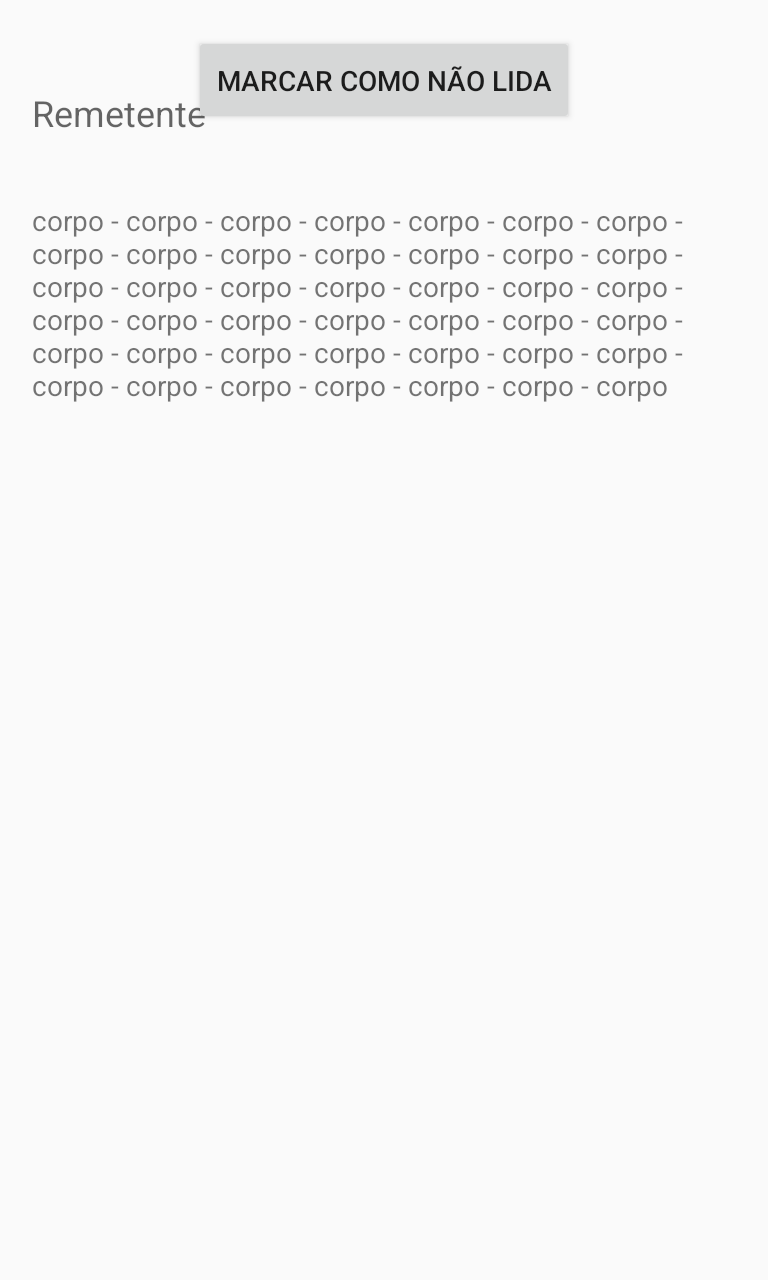
Repository: italogmm/gitMobile
Layout: notificacoesUfg/res/layout/fragment_consulta_notificacao.xml
These files come from the project's save history. The layout is drawn as it stood at one moment and after the next save; the edit follows.
It is drawn on a 768 x 1280 px phone screen (xhdpi) without system bars, with theme AppTheme; the app's code is not run.

Above is the layout before, as saved 2014-06-20 18:24:02.

### notificacoesUfg/res/layout/fragment_consulta_notificacao.xml
<RelativeLayout xmlns:android="http://schemas.android.com/apk/res/android"
    xmlns:tools="http://schemas.android.com/tools"
    android:layout_width="match_parent"
    android:layout_height="match_parent"
    android:paddingBottom="@dimen/activity_vertical_margin"
    android:paddingLeft="@dimen/activity_horizontal_margin"
    android:paddingRight="@dimen/activity_horizontal_margin"
    android:paddingTop="@dimen/activity_vertical_margin"
    tools:context="com.ufg.notificacoes.ConsultaNotificacao$PlaceholderFragment" >

    <TextView
        android:id="@+id/remetente"
        android:layout_width="wrap_content"
        android:layout_height="wrap_content"
        android:layout_alignLeft="@+id/corpo"
        android:layout_alignParentTop="true"
        android:layout_marginTop="28dp"
        android:text="Remetente"
        android:textAppearance="?android:attr/textAppearanceMedium" />

    <TextView
        android:id="@+id/corpo"
        android:layout_width="wrap_content"
        android:layout_height="wrap_content"
        android:layout_below="@+id/remetente"
        android:layout_centerHorizontal="true"
        android:layout_marginTop="32dp"
        android:text="corpo - corpo - corpo - corpo - corpo - corpo - corpo - corpo - corpo - corpo - corpo - corpo - corpo - corpo - corpo - corpo - corpo - corpo - corpo - corpo - corpo - corpo - corpo - corpo - corpo - corpo - corpo - corpo - corpo - corpo - corpo - corpo - corpo - corpo - corpo - corpo - corpo - corpo - corpo - corpo - corpo - corpo" />

    <Button
        android:id="@+id/marcarComoNaoLidaBtn"
        android:layout_width="wrap_content"
        android:layout_height="wrap_content"
        android:layout_below="@+id/excluir"
        android:layout_centerHorizontal="true"
        android:text="Marcar como não lida" />

</RelativeLayout>

Loaded but not shown: notificacoesUfg/res/values/styles.xml (common file); notificacoesUfg/res/values-v11/styles.xml (common file); notificacoesUfg/res/values-v14/styles.xml (common file); notificacoesUfg/res/values/dimens.xml (common file); notificacoesUfg/res/values-w820dp/dimens.xml (common file)

After the next save:
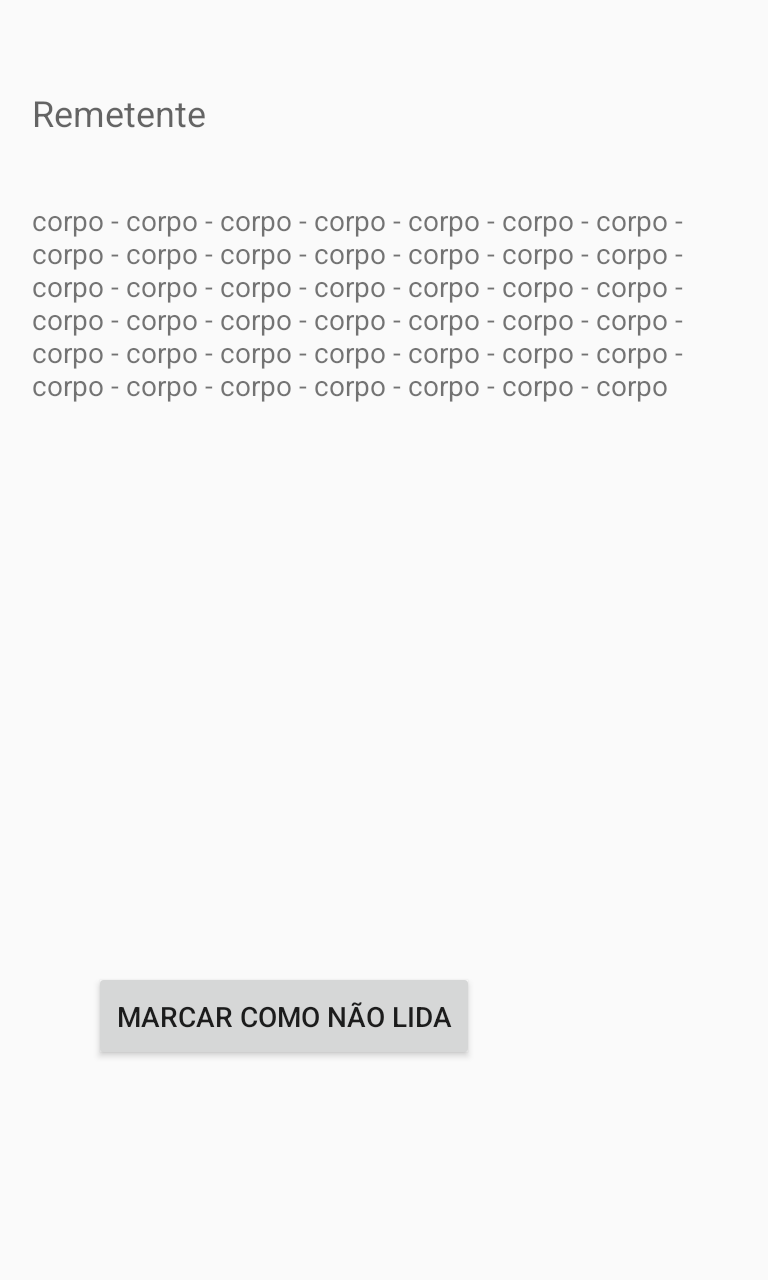
Saved 14 s later.
--- a/notificacoesUfg/res/layout/fragment_consulta_notificacao.xml
+++ b/notificacoesUfg/res/layout/fragment_consulta_notificacao.xml
@@ -31,8 +31,10 @@
         android:id="@+id/marcarComoNaoLidaBtn"
         android:layout_width="wrap_content"
         android:layout_height="wrap_content"
-        android:layout_below="@+id/excluir"
-        android:layout_centerHorizontal="true"
+        android:layout_alignLeft="@+id/corpo"
+        android:layout_alignParentBottom="true"
+        android:layout_marginBottom="92dp"
+        android:layout_marginLeft="30dp"
         android:text="Marcar como não lida" />
 
 </RelativeLayout>
